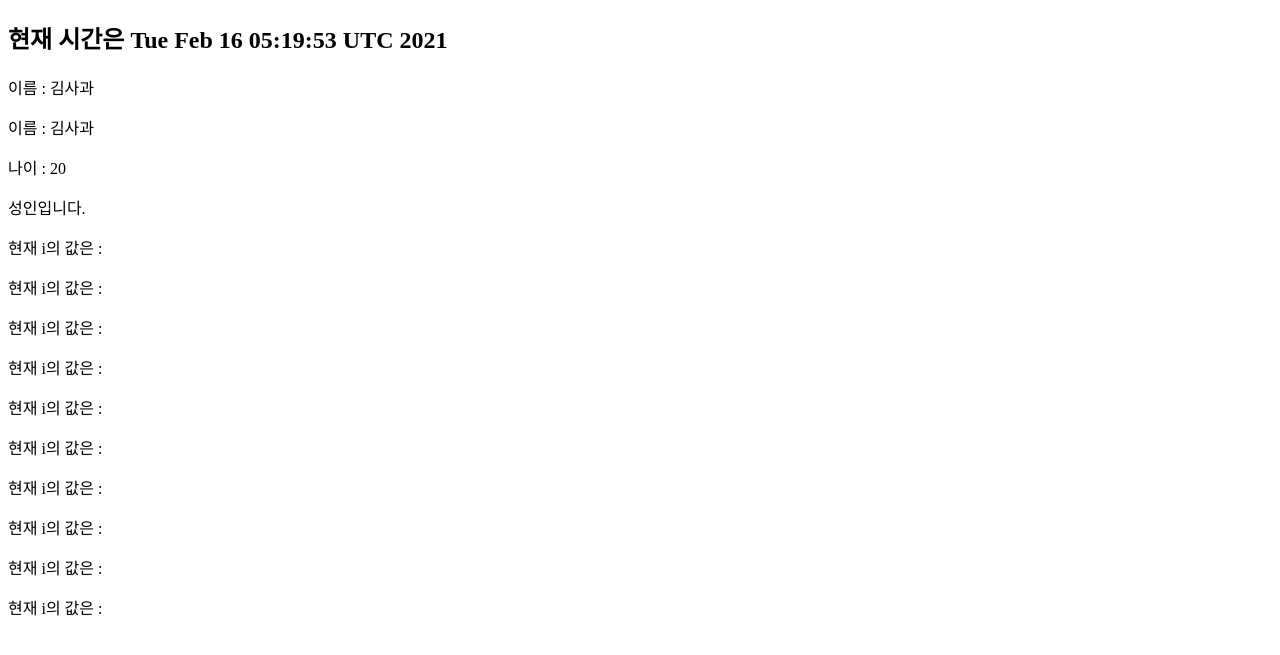
Repository: leebo-ram/Jsp
Page: http://localhost/Variable/Variable1.jsp
An editor plug-in stored every save of this project. The page is shown before and after the next save, followed by the edit.
The browser window is 1280 px wide. The pictures show the whole page.
The page is served by Tomcat 9.

Above is the page before, as saved 2021-02-16 05:40:08.

After the next save:
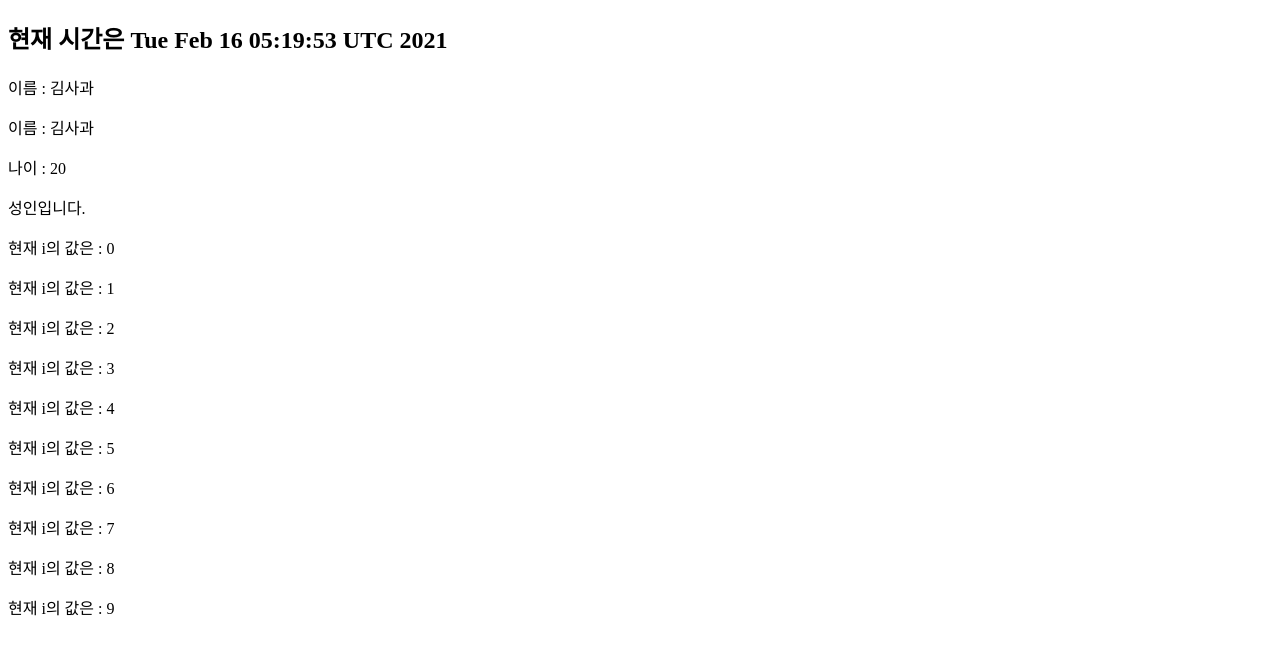
Saved 17 s later.
--- a/Day1/Variable/WebContent/Variable1.jsp
+++ b/Day1/Variable/WebContent/Variable1.jsp
@@ -28,7 +28,7 @@
 
 	for(int i=0; i<10; i++){
 %>
-		<p>현재 i의 값은 :</p>
+		<p>현재 i의 값은 : <%=i%></p>
 <%
 	}
 %>
